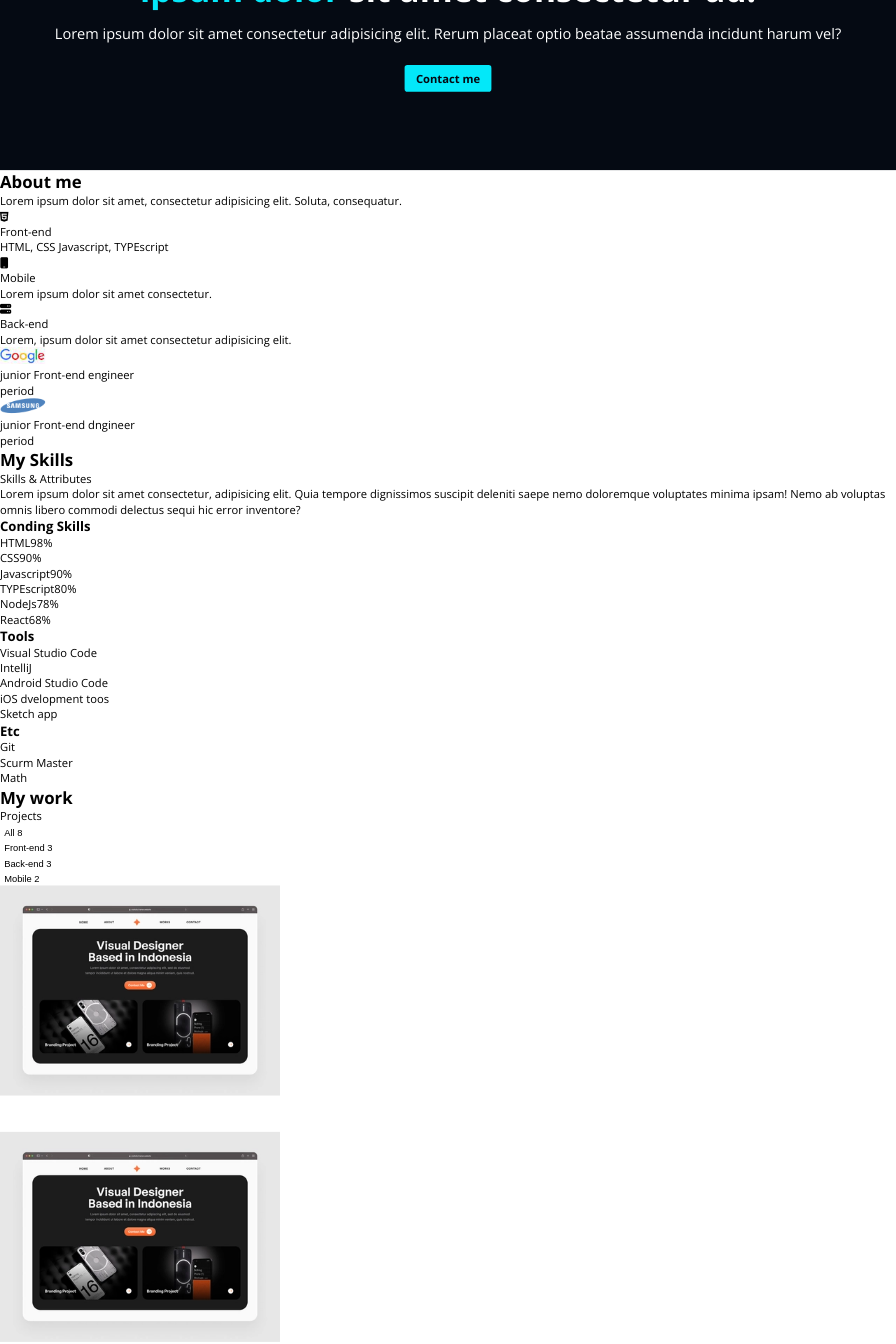
Repository: Arden-Sol/portfolio-website-clone-coding
Page: index.html
An editor plug-in stored every save of this project. The page is shown before and after a run of saves, followed by the edit.
The browser window is 1280 px wide. The pictures show the part of the page from y = 480 to 2400 px (the page is 5722 px tall before and 6234 px after), at 70% of full size.
Some web libraries are served in a nearby version.

Above is the page before, as saved 2024-03-26 21:28:23.

### index.html
<!DOCTYPE html>
<html lang="en">

<head>
  <meta charset="UTF-8">
  <meta name="viewport" content="width=device-width, initial-scale=1.0">
  <!-- SEO -->
  <title>Arden&#39;s portfolio</title>
  <meta name="description" content="포트폴리오 연습장" />
  <meta name="author" content="arden">
  <link rel="shortcut icon" href="image/favicon.jpg" type="image/x-icon">
  <!-- OG (Open Graph Data) -->
  <meta property="og:title" content="포트폴리오">
  <meta property="og:type" content="website">
  <meta property="og:url" content="배포후 생성된 URL">
  <meta property="og:image" content="배포후 생성된 이미지 URL">
  <!-- Goole Font -->
  <link rel="preconnect" href="https://fonts.googleapis.com">
  <link rel="preconnect" href="https://fonts.gstatic.com" crossorigin>
  <link href="https://fonts.googleapis.com/css2?family=Open+Sans:ital,wght@0,300..800;1,300..800&display=swap"
    rel="stylesheet">
  <!-- Font Awesome -->
  <script src="https://kit.fontawesome.com/4dc9c1b526.js" crossorigin="anonymous"></script>
  <!-- CSS -->
  <link rel="stylesheet" href="css/style.css">
  <!-- Javascript -->
  <script src="src/main.js" defer></script>
</head>

<body>
  <!-- Header -->
  <header class="header">
    <div class="header__logo">
      <img class="header__logo__img" src="image/favicon.jpg" alt="">
      <h1 class="header__logo__title"><a href="#">Ellie</a></h1>
    </div>
    <nav>
      <ul class="header__menu">
        <li><a class="header__menu__item active" href="#home">Home</a></li>
        <li><a class="header__menu__item" href="#about">About</a></li>
        <li><a class="header__menu__item" href="#skills">Skills</a></li>
        <li><a class="header__menu__item" href="#work">My work</a></li>
        <li><a class="header__menu__item" href="#testimonial">Testimonials</a></li>
        <li><a class="header__menu__item" href="#contact">Contact</a></li>
      </ul>
    </nav>
  </header>
  <!-- Main -->
  <main>
    <!-- Home -->
    <section id="home" class="section">
      <img class="home__avatar" src="image/picture.jpg" alt="picture">
      <h2 class="home__title">Lorem <br> <strong class="home__title--strong">ipsum dolor</strong> sit amet consectetur
        ad.</h2>
      <p class="home__description">Lorem ipsum dolor sit amet consectetur adipisicing elit. Rerum placeat optio beatae
        assumenda incidunt harum
        vel?</p>
      <a class="home__contact" href="#contact">Contact me</a>
    </section>
    <!-- About -->
    <section id="about" class="section">
      <h2>About me</h2>
      <p>Lorem ipsum dolor sit amet, consectetur adipisicing elit. Soluta, consequatur.</p>
      <ul>
        <li>
          <i class="fa-brands fa-html5"></i>
          <p>Front-end</p>
          <p>HTML, CSS Javascript, TYPEscript</p>
        </li>
        <li>
          <i class="fa-solid fa-mobile"></i>
          <p>Mobile</p>
          <p>Lorem ipsum dolor sit amet consectetur.</p>
        </li>
        <li>
          <i class="fa-solid fa-server"></i>
          <p>Back-end</p>
          <p>Lorem, ipsum dolor sit amet consectetur adipisicing elit.</p>
        </li>
      </ul>
      <ul>
        <li><img src="image/jobs/google.png" alt="google">
          <div>
            <p>junior Front-end engineer</p>
            <p>period</p>
          </div>
        </li>
        <li><img src="image/jobs/samsung.png" alt="samsung">
          <div>
            <p>
              junior Front-end dngineer
            </p>
            <p>period</p>
          </div>
        </li>
      </ul>
    </section>
    <!-- Skills -->
    <section id=" skills" class="section" class="section">
      <h2>My Skills</h2>
      <p>Skills & Attributes</p>
      <p>Lorem ipsum dolor sit amet consectetur, adipisicing elit. Quia tempore dignissimos suscipit deleniti saepe nemo
        doloremque voluptates minima ipsam! Nemo ab voluptas omnis libero commodi delectus sequi hic error inventore?
      </p>
      <div>
        <section>
          <h3>Conding Skills</h3>
          <ul>
            <li>
              <div><span>HTML</span><span>98%</span></div>
              <div>
                <div style="width: 98%"></div>
              </div>
            </li>
            <li>
              <div><span>CSS</span><span>90%</span></div>
              <div>
                <div style="width: 98%"></div>
              </div>
            </li>
            <li>
              <div><span>Javascript</span><span>90%</span></div>
              <div>
                <div style="width: 98%"></div>
              </div>
            </li>
            <li>
              <div><span>TYPEscript</span><span>80%</span></div>
              <div>
                <div style="width: 98%"></div>
              </div>
            </li>
            <li>
              <div><span>NodeJs</span><span>78%</span></div>
              <div>
                <div style="width: 98%"></div>
              </div>
            </li>
            <li>
              <div><span>React</span><span>68%</span></div>
              <div>
                <div style="width: 98%"></div>
              </div>
            </li>
          </ul>
        </section>
        <section>
          <h3>Tools</h3>
          <ul>
            <li>Visual Studio Code</li>
            <li>IntelliJ</li>
            <li>Android Studio Code</li>
            <li>iOS dvelopment toos</li>
            <li>Sketch app</li>
          </ul>
        </section>
        <section>
          <h3>Etc</h3>
          <ul>
            <li>Git</li>
            <li>Scurm Master</li>
            <li>Math</li>
          </ul>
        </section>
      </div>
    </section>
    <!-- Work -->
    <section id="work" class="section">
      <h2>My work</h2>
      <p>Projects</p>
      <ul>
        <li><button>All <span>8</span></button></li>
        <li><button>Front-end <span>3</span></button></li>
        <li><button>Back-end <span>3</span></button></li>
        <li><button>Mobile <span>2</span></button></li>
      </ul>
      <ul>
        <li>
          <a href="#" target="_blank">
            <img src="image/projects/project1.webp" alt="project8">
            <div>
              <h3>Project #1</h3>
              <p>Clone Coding with HTML, CSS</p>
            </div>
          </a>
        </li>
        <li><a href="#" target="_blank"><img src="image/projects/project1.webp" alt="project1">
            <div>
              <h3>Project #1</h3>
              <p>Clone Coding with HTML, CSS</p>
            </div>
          </a></li>
        <li><a href="#" target="_blank"><img src="image/projects/project2.webp" alt="project2">
            <div>
              <h3>Project #2</h3>
              <p>Clone Coding with HTML, CSS</p>
            </div>
          </a></li>
        <li><a href="#" target="_blank"><img src="image/projects/project3.webp" alt="project3">
            <div>
              <h3>Project #3</h3>
              <p>Clone Coding with HTML, CSS</p>
            </div>
          </a></li>
        <li><a href="#" target="_blank"><img src="image/projects/project4.webp" alt="project4">
            <div>
              <h3>Project #4</h3>
              <p>Clone Coding with HTML, CSS</p>
            </div>
          </a></li>
        <li><a href="#" target="_blank"><img src="image/projects/project5.webp" alt="project5">
            <div>
              <h3>Project #5</h3>
              <p>Clone Coding with HTML, CSS</p>
            </div>
          </a></li>
        <li><a href="#" target="_blank"><img src="image/projects/project6.webp" alt="project6">
            <div>
              <h3>Project #6</h3>
              <p>Clone Coding with HTML, CSS</p>
            </div>
          </a></li>
        <li><a href="#" target="_blank"><img src="image/projects/project7.webp" alt="project7">
            <div>
              <h3>Project #7</h3>
              <p>Clone Coding with HTML, CSS</p>
            </div>
          </a></li>
      </ul>
    </section>
    <!-- Testimonials -->
    <section id="testimonial" class="section">
      <h2>Testimonial</h2>
      <p>See what they say about me</p>
      <ul>
        <li><img src="image/testimonials/people1.webp" alt="people1">
          <p>Lorem ipsum dolor sit amet consectetur adipisicing elit. Veniam ab quasi totam excepturi iure enim iusto
            facilis ut odio facere quaerat, sapiente nesciunt eveniet magnam porro, officiis molestiae, et nobis!</p>
          <p><a href="#">James Kim</a> /Google</p>
        </li>
        <li><img src="image/testimonials/people2.webp" alt="people2">
          <div>
            <p>Lorem ipsum dolor sit amet consectetur, adipisicing elit. Deleniti est neque ipsum distinctio accusamus
              expedita molestiae mollitia animi odio quam minus a atque exercitationem quidem nisi, dolores vel quisquam
              ipsa.</p>
            <p><a href="#">Anna Jin /Samsung</a></p>
          </div>
        </li>
        <li>
          <img src="image/testimonials/people3.webp" alt="people3">
          <div>
            <p>Lorem ipsum dolor sit amet consectetur adipisicing elit. Aut rerum quam quae impedit esse atque laborum
              accusantium maxime repudiandae assumenda, perferendis beatae repellat at? Nam, soluta assumenda. Veniam,
              odit possimus?</p>
            <p><a href="#">Anna Jin /Samsung</a></p>
          </div>
        </li>
      </ul>
    </section>
    <!-- Arrow up -->
    <aside>
      <a href="#home" title="back to top">
        <i class="fa-solid fa-arrow-up"></i></a>
    </aside>
  </main>
  <!-- Footer -->
  <footer id="contact">
    <h2>Let&#39;s talk</h2>
    <p>highhigh222@naver.com</p>
    <ul>
      <li>
        <a href="#" title="arden github link" target="_blank">
          <i class="fa-brands fa-github"></i>
        </a>
      </li>
      <li>
        <a href="#" title="arden linkedin link" target="_blank">
          <i class="fa-brands fa-linkedin"></i>
        </a>
      </li>
    </ul>
    <p>Dream Coding ellie - All right reserved</p>
  </footer>


</body>

</html>

### css/style.css
/* Global */
:root {
/* App Colors */
--color-primary: var(--color-black);
--color-primary-variant: var(--color-gray);
--color-accent: var(--color-blue);
--color-accent-variant: var(--color-orange);
--color-text: var(--color-white);

  /* Colors */
--color-white: #ffffff;
--color-black: #050a13;
--color-blue: #03e8f9;
--color-orange: #fd6413;
--color-gray: #1b1e26;
}

*{
  box-sizing: border-box;
}

body {
  margin : 0;
  font-family: 'Open Sans', sans-serif;
}

h1, h2, h3,p,ul {
  margin : 0;

}

ul{
  list-style: none;
  padding: 0;
}
a {
  text-decoration: none;
  color : var(--color-text);
}

button {
  background-color: transparent;
  outline: 0;
  border : 0;
}

button:hover {
  outline: 1px solid var(--color-accent);
}
/* Header */
.header{
  position:fixed;
  top:0;
  width: 100%;
  display: flex;
  justify-content: space-between;
  align-items: center;
  padding: 1rem;
  background-color: black;
}
.header__logo {
  display: flex;
  align-items: center;
  gap:8px;
}
.header__logo__img {
  width: 36px;
  height: 36px;
  border-radius: 100%;
}
.header__logo__title {
  font-size: 1.8rem;
}
.header__menu {
  display: flex;
  gap:4px
}
.header__menu__item {
  padding: 8px 16px;
}
.header__menu__item:hover {
  border-bottom:1px solid var(--color-accent)
}
.header__menu__item.active {
  border:1px solid var(--color-accent);
  border-radius: 4px;
}
/* Home */
#home{
  background-color: var(--color-primary);
  color: var(--color-text);
  padding : 5rem 1rem;
  padding-top: 7rem;
  text-align: center;
}
.home__avatar{
  width: 250px;
  height: 250px;
  object-fit:cover;
  border-radius: 100%;
  border:3px solid var(--color-accent);
}
.home__title {
  font-size: 3rem;
  margin-bottom: 1rem;
}
.home__title--strong{
  color: var(--color-accent);
}
.home__description {
  font-size: 1.3rem;
}
.home__contact{
  display: inline-block;
  background-color: var(--color-accent);
  color:var(--color-black);
  padding : 0.5rem 1rem;
  margin: 2rem;
  font-weight: bold;
  border-radius: 4px;
}
.home__contact:hover{
  background-color: transparent;
  color: var(--color-text);
  outline: 2px solid var(--color-accent);
}
/*  */

Loaded but not shown: src/main.js (common file)

After the next 2 saves:
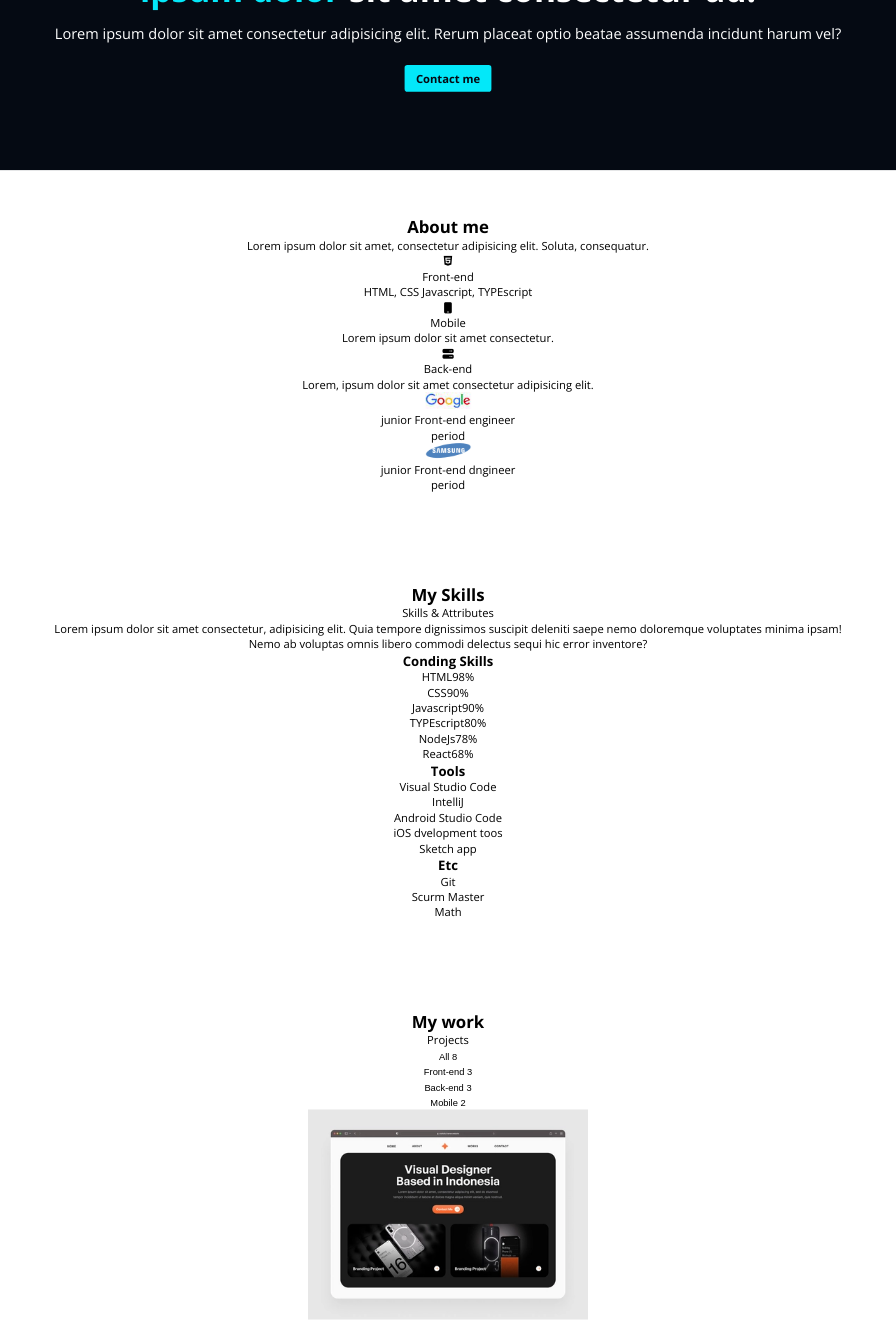
The 2 saves are shown as one change because they came seconds apart.
The last was saved 61 s later.
--- a/css/style.css
+++ b/css/style.css
@@ -47,6 +47,14 @@
 button:hover {
   outline: 1px solid var(--color-accent);
 }
+
+/* Common */
+.section {
+  padding: 4rem;
+  text-align: center;
+}
+
+
 /* Header */
 .header{
   position:fixed;
